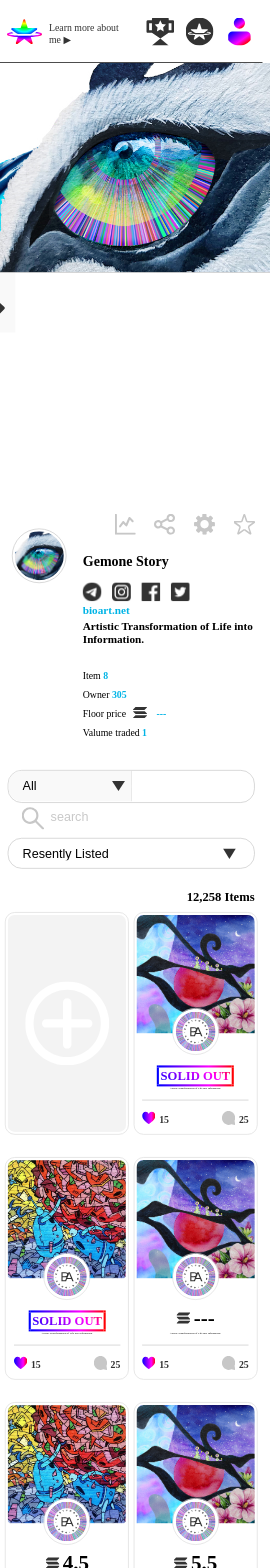
Repository: superHotBob/bioart
Page: /myplanets
The author's editor kept a copy of each file at every save. The page is drawn from the files as they stood at one save, then again after the next save.
The browser window is 375 px wide. The page is 386 px wide, then 375 px, so the pictures cover 386 px, including what lies to the right of the window. The pictures show the part of the page from y = 0 to 2240 px (the page is 2996 px tall), at 70% of full size.
Some web fonts or font styles are not loaded; a fallback is used. The project was rebuilt for these pictures with package versions that can differ from the ones it lists, and the page was loaded fresh each time. Some packages were replaced by stand-ins written for this rebuild. The framework's server and built-in components were replaced by stand-ins that run in the browser. Also part of the build but not shown: next.config.js.

Above is the page before, as saved 2022-04-05 17:09:54.

After the next save:
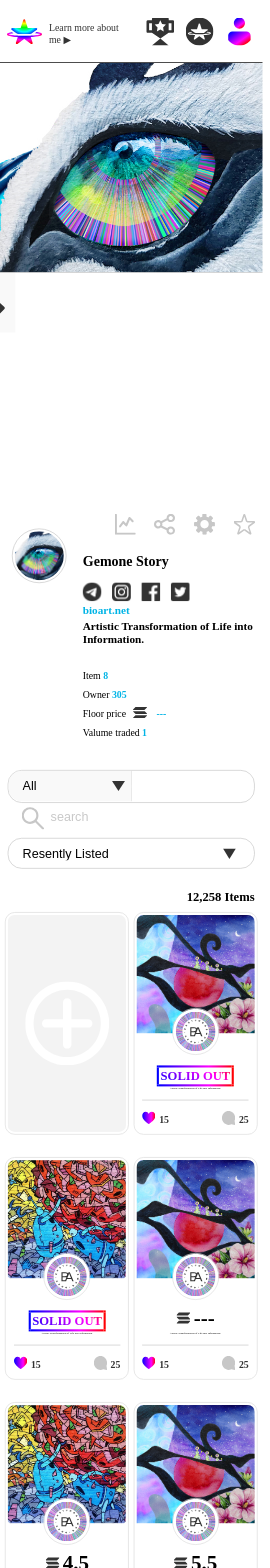
Saved 2 min 20 s later.
--- a/pages/myplanets.js
+++ b/pages/myplanets.js
@@ -888,8 +888,6 @@ export default function Explore() {
             .header__image {
               background: url("/planet_top_bg.jpg") center / cover no-repeat;
               height: 300px;
-              width: 106%;
-              margin: 0 -3%;
               border-bottom: 1px solid #c9c9c9;
             }
             .selectBlock,
